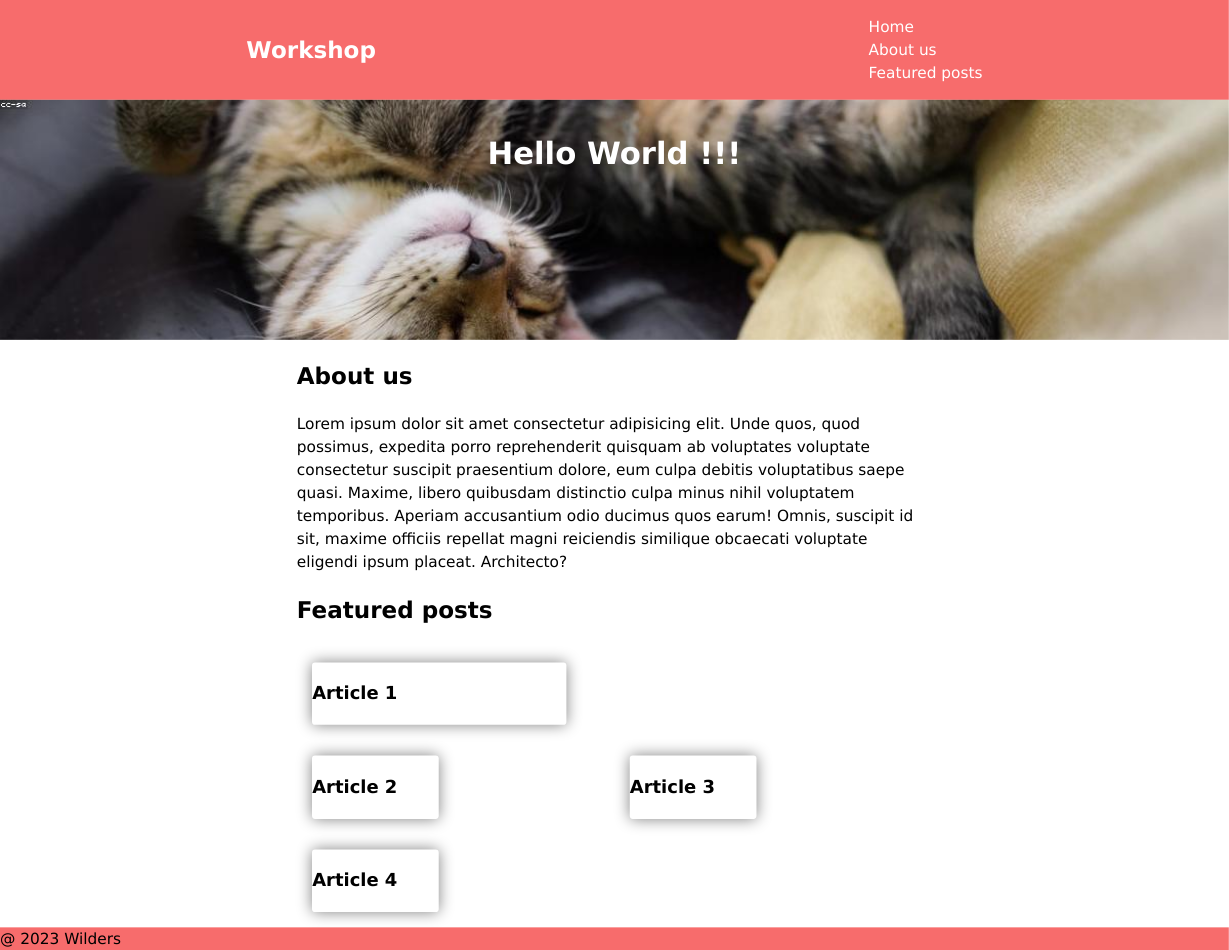
Repository: PPaillard/cssresponsive
Page: index.html
These files come from the project's save history. The page is drawn as it stood at one moment and after the next save; the edit follows.
The browser window is 1280 px wide. The pictures show the whole page, at 96% of full size.

Above is the page before, as saved 2023-03-03 14:14:09.

### index.html
<!DOCTYPE html>
<html lang="en">
  <head>
    <meta charset="UTF-8" />
    <meta http-equiv="X-UA-Compatible" content="IE=edge" />
    <meta name="viewport" content="width=device-width, initial-scale=1.0" />
    <title>Document</title>
    <link rel="stylesheet" href="style.css" />
  </head>
  <body>
    <nav>
      <h2>Workshop</h2>
      <ul>
        <li><a href="#home">Home</a></li>
        <li><a href="#aboutus">About us</a></li>
        <li><a href="#featuredposts">Featured posts</a></li>
      </ul>
    </nav>
    <header>
      <h1>Hello World !!!</h1>
    </header>
    <main>
      <section>
        <h2>About us</h2>
        <p>
          Lorem ipsum dolor sit amet consectetur adipisicing elit. Unde quos,
          quod possimus, expedita porro reprehenderit quisquam ab voluptates
          voluptate consectetur suscipit praesentium dolore, eum culpa debitis
          voluptatibus saepe quasi. Maxime, libero quibusdam distinctio culpa
          minus nihil voluptatem temporibus. Aperiam accusantium odio ducimus
          quos earum! Omnis, suscipit id sit, maxime officiis repellat magni
          reiciendis similique obcaecati voluptate eligendi ipsum placeat.
          Architecto?
        </p>
      </section>
      <section id="featured-posts">
        <h2>Featured posts</h2>
        <div>
          <article><h1>Article 1</h1></article>
          <article><h1>Article 2</h1></article>
          <article><h1>Article 3</h1></article>
          <article><h1>Article 4</h1></article>
        </div>
      </section>
    </main>
    <footer>@ 2023 Wilders</footer>
  </body>
</html>

### style.css
* {
  box-sizing: border-box;
}

body {
  margin: 0;
  line-height: 1.5;
  font-family: Verdana, Geneva, Tahoma, sans-serif;
}

/* Navigation */
nav {
  display: flex;
  justify-content: space-around;
  align-items: center;
  background-color: #f76c6c;
  color: #ffffff;
}

nav > h2 {
  margin: 0;
}

nav ul {
  margin: 0;
  padding: 1rem 0;
}

nav ul li {
  list-style: none;
}

nav ul li a {
  color: white;
  text-decoration: none;
}
/* fin de navigation */
/* header */

header {
  min-height: 250px;
  text-align: center;
  background-image: url("65535_52214085447_ec2bf04bd7_h_1200_300_nofilter.jpg");
  background-repeat: no-repeat;
  background-size: cover;
}
header h1 {
  color: white;
  margin: 0;
  padding-top: 2rem;
}

section {
  margin: 0 auto;
  max-width: 65ch;
}

section article {
  display: inline-block;
  width: 40%;
  margin: 1rem;
  border-radius: 0.2rem;
  box-shadow: 0 0 1rem grey;
}

#featured-posts > div {
  display: grid;
  grid-template-columns: 1fr 1fr;
}

#featured-posts > div > article:first-of-type {
  grid-column: 1/3;
}

footer {
  background-color: #f76c6c;
}

After the next save:
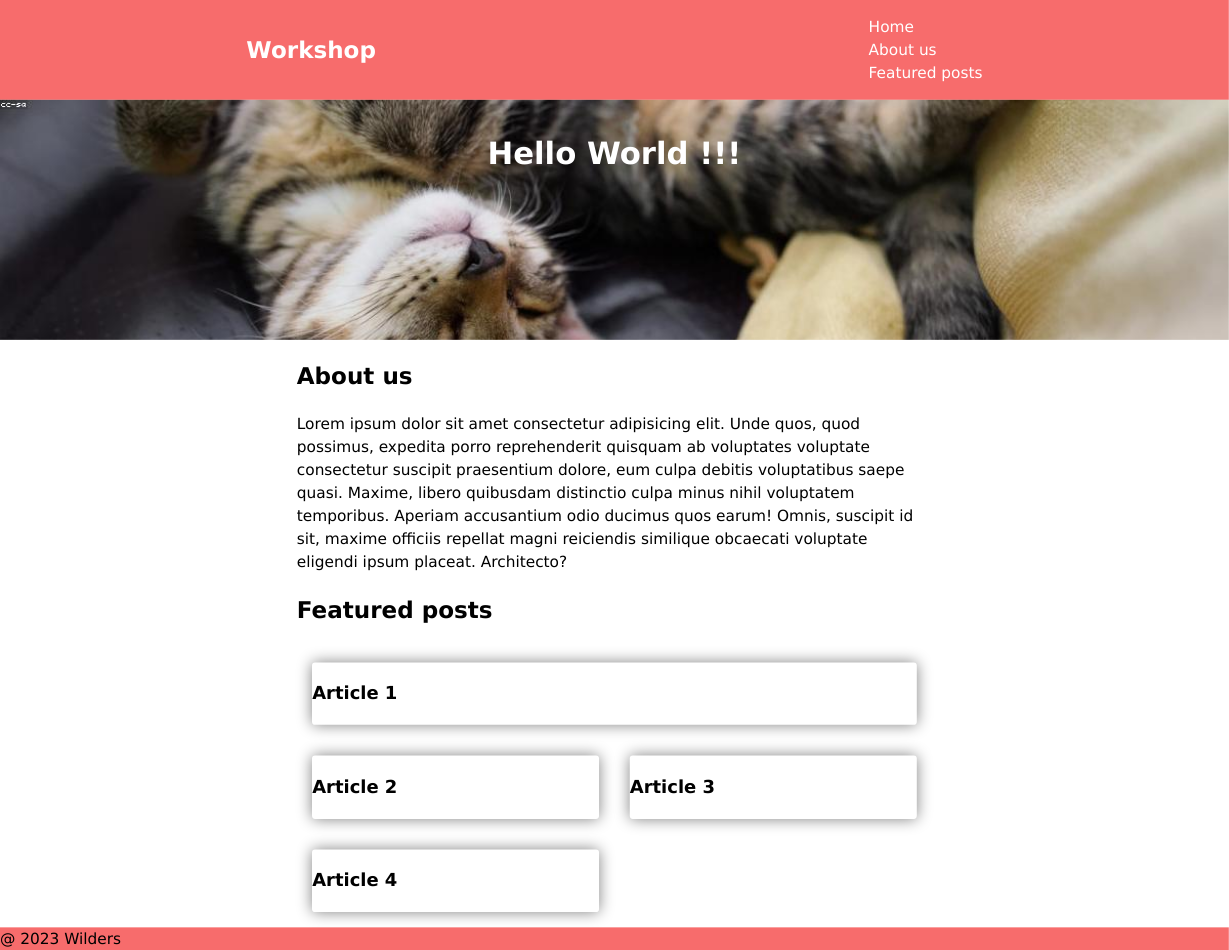
Saved 2 min 40 s later.
--- a/style.css
+++ b/style.css
@@ -57,7 +57,6 @@ section {
 
 section article {
   display: inline-block;
-  width: 40%;
   margin: 1rem;
   border-radius: 0.2rem;
   box-shadow: 0 0 1rem grey;
